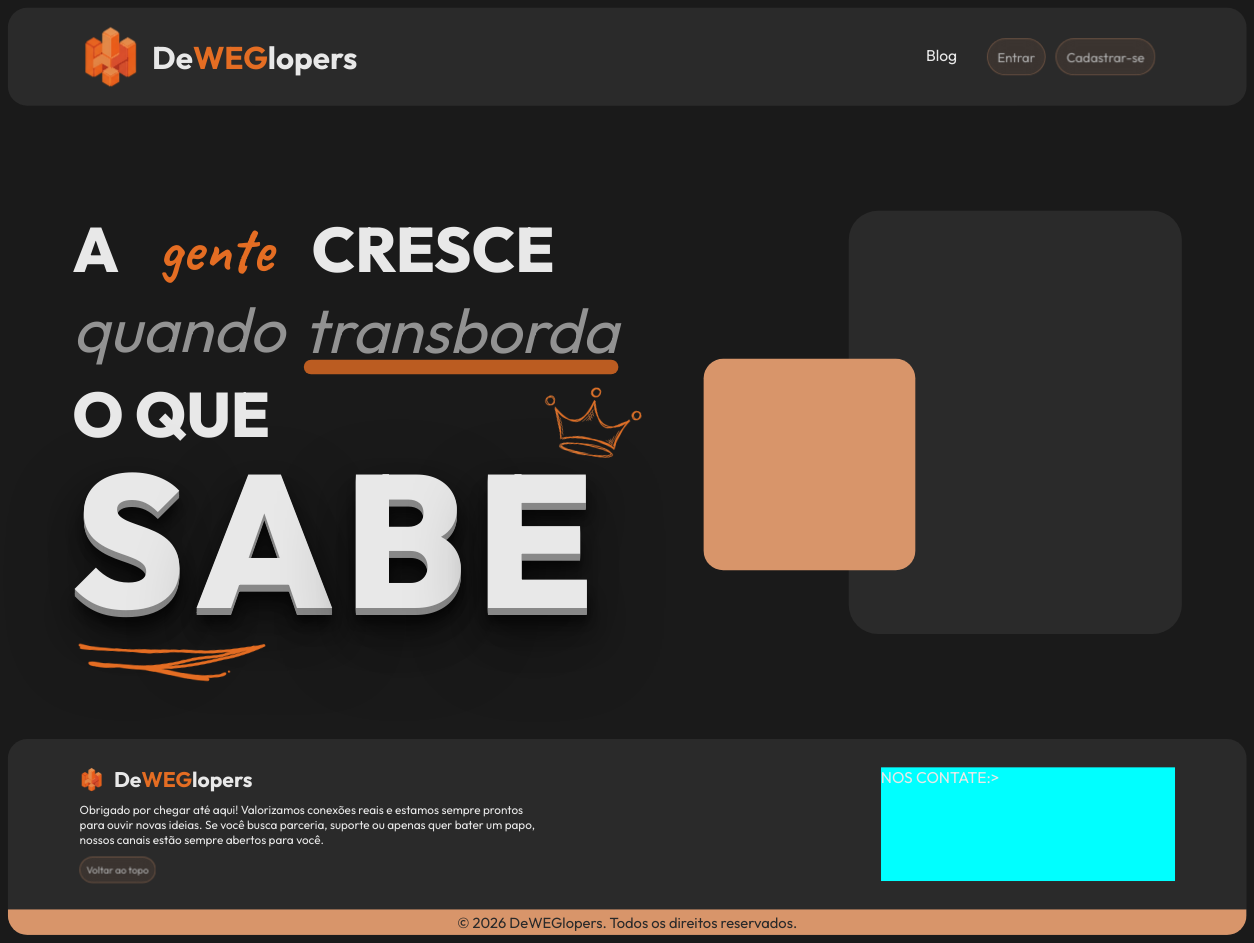
Repository: Pedro-Schulz/Projeto_Liandro
Page: Projeto_Liandro-main/index.html
These files come from the project's save history. The page is drawn as it stood at one moment and after a run of saves; the edit follows.
The browser window is 1280 px wide. The pictures show the whole page, at 98% of full size.

Above is the page before, as saved 2026-05-20 18:18:51.

After the next 3 saves:
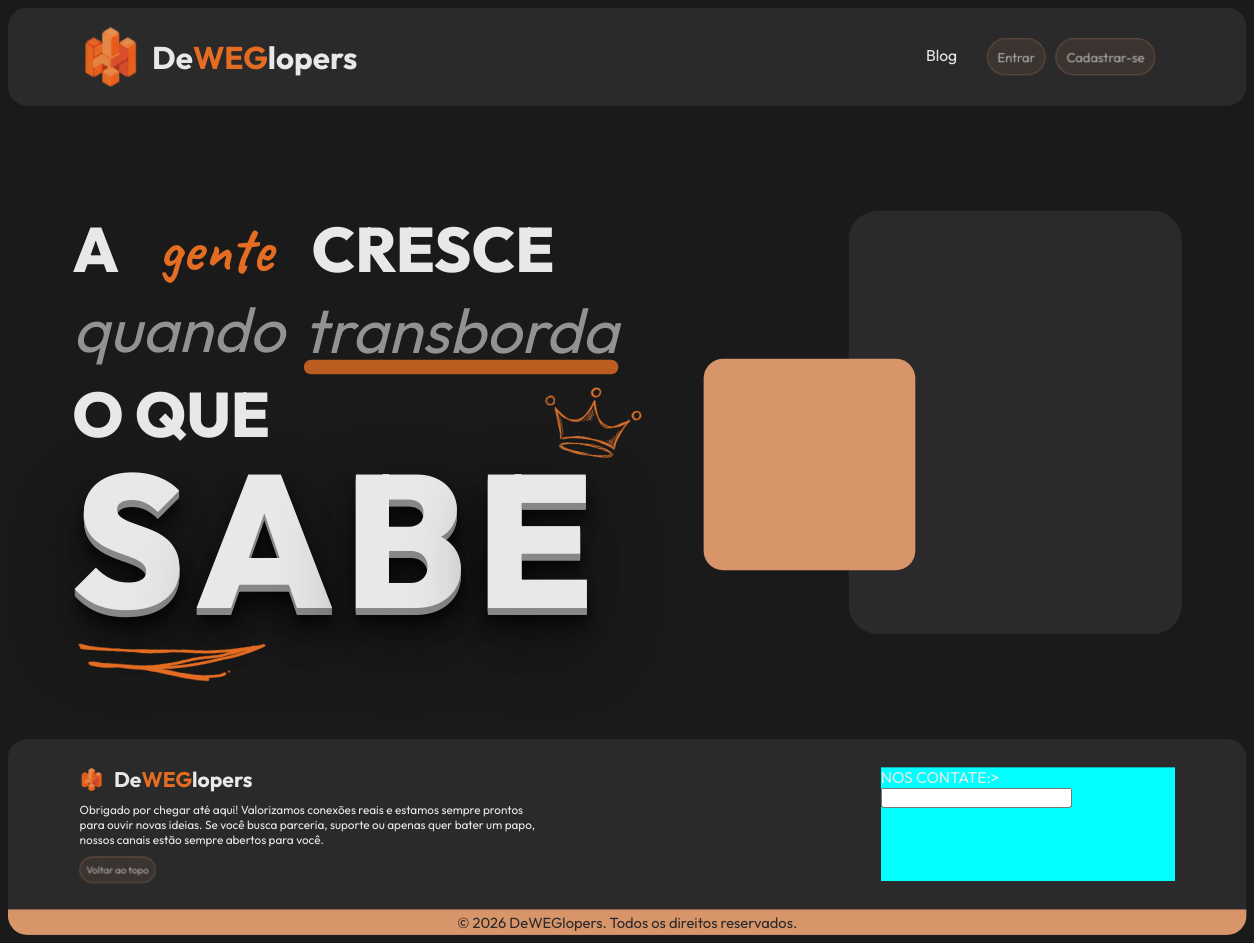
The 3 saves are shown as one change because they came seconds apart.
The last was saved 10 s later.
--- a/Projeto_Liandro-main/index.html
+++ b/Projeto_Liandro-main/index.html
@@ -74,7 +74,7 @@
         </div>
         <div class="contato">
             <label for="campo_contato">NOS CONTATE:</label>>
-
+            <input id="">
         </div>
     </div>
     <div class="copyrigth">© 2026 DeWEGlopers. Todos os direitos reservados.</div>
